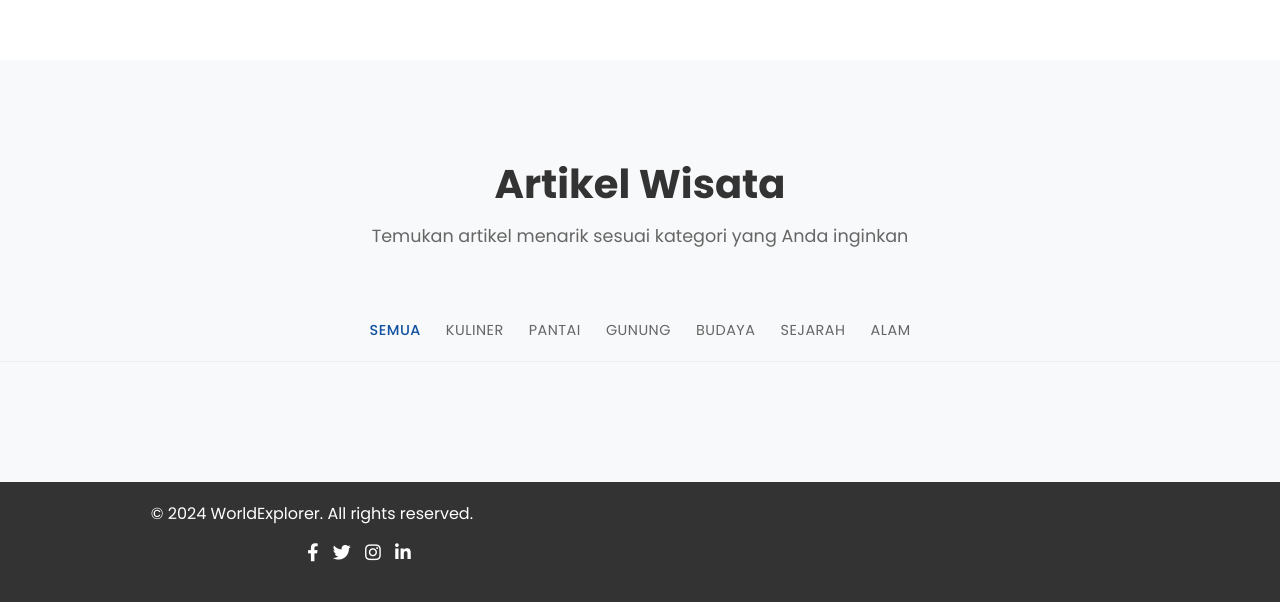
Repository: jalssonn/UAS_FRONTEND_NEW
Page: frontend/index.html
The author's editor kept a copy of each file at every save. The page is drawn from the files as they stood at one save, then again after the next save.
The browser window is 1280 px wide. The pictures show the part of the page from y = 3750 to 4352 px (the page is 4352 px tall).
A picture or video elsewhere on the page could not be fetched, so the positions and the page height are approximate. The page's requests for data from a server got no answer.

Above is the page before, as saved 2024-12-06 04:00:11.

### frontend/index.html
<!DOCTYPE html>
<html ng-app="articleApp">
<head>
    <title>WorldExplorer</title>
    <!-- Fonts -->
    <link href="https://fonts.googleapis.com/css2?family=Poppins:wght@400;500;600;700&display=swap" rel="stylesheet">

    <!-- Dependencies -->
    <script src="https://ajax.googleapis.com/ajax/libs/angularjs/1.8.2/angular.min.js"></script>
    <link href="https://cdn.jsdelivr.net/npm/bootstrap@5.1.3/dist/css/bootstrap.min.css" rel="stylesheet">
    <link rel="stylesheet" href="https://cdnjs.cloudflare.com/ajax/libs/font-awesome/5.15.4/css/all.min.css">

    <!-- Custom CSS -->
    <link rel="stylesheet" href="styles/main.css">
</head>
<body>
    <div ng-controller="ArticleController">
        <!-- Navbar -->
        <nav class="navbar navbar-expand-lg">
            <div class="container">
                <a class="navbar-brand" href="#">
                    <i class="fas fa-globe-asia me-2"></i>WorldExplorer
                </a>
                <div class="d-flex align-items-center">
                    <div ng-if="isLoggedIn()">
                        <a href="profile.html" class="btn btn-light me-2">
                            <i class="fas fa-user"></i> {{user.username}}
                        </a>
                        <a href="/admin/dashboard.html" class="btn btn-primary me-2" ng-if="user.role === 'admin'">
                            Admin Dashboard
                        </a>
                        <button class="btn btn-outline-light" ng-click="logout()">Logout</button>
                    </div>
                    <div ng-if="!isLoggedIn()">
                        <a href="login.html" class="btn btn-outline-light me-2">Login</a>
                        <a href="register.html" class="btn btn-light">Register</a>
                    </div>
                </div>
            </div>
        </nav>

        <!-- Hero Section with Carousel Background -->
        <div class="hero-section">
            <div class="carousel-background"
                 ng-repeat="image in backgroundImages"
                 ng-style="{'background-image': 'url(' + image + ')'}"
                 ng-class="{'active': $index === currentBackgroundIndex, 'prev': $index === prevBackgroundIndex}">
                <div class="overlay"></div>
            </div>

            <div class="hero-content">
                <h1>WorldExplorer</h1>
                <p>Temukan destinasi wisata impian Anda dari berbagai penjuru dunia</p>

                <!-- Search Box -->
                <div class="search-container">
                    <form ng-submit="searchArticles()" class="search-form">
                        <div class="search-wrapper">
                            <input type="text"
                                   ng-model="searchQuery"
                                   placeholder="Cari destinasi wisata impian Anda..."
                                   class="search-input"
                                   required>
                            <button type="submit" class="search-button">
                                <i class="fas fa-search"></i>
                            </button>
                        </div>
                    </form>
                </div>
            </div>
        </div>

        <!-- Why WorldExplorer Section -->
        <div class="why-aviatour-section">
            <h2 class="section-title">Why WorldExplorer</h2>

            <div class="features-container">
                <div class="feature-item">
                    <div class="feature-content">
                        <h3>Penyedia Perjalanan Terbaik</h3>
                        <p>Kami berkomitmen menjadikan setiap liburan Anda penuh cerita berharga...</p>
                    </div>
                    <div class="feature-image">
                        <img src="images/feature-1.jpg" alt="Penyedia Perjalanan Terbaik">
                    </div>
                </div>

                <div class="feature-item reverse">
                    <div class="feature-content">
                        <h3>Layanan Agen Berpengalaman</h3>
                        <p>Dengan jam terbang yang tinggi, tim kami siap memberikan solusi terbaik...</p>
                    </div>
                    <div class="feature-image">
                        <img src="images/feature-2.jpg" alt="Layanan Agen Berpengalaman">
                    </div>
                </div>

                <div class="feature-item">
                    <div class="feature-content">
                        <h3>Pelayanan Premium dan Personal</h3>
                        <p>Rasakan perbedaan dengan pelayanan terbaik dan personal yang kami tawarkan...</p>
                    </div>
                    <div class="feature-image">
                        <img src="images/feature-3.jpg" alt="Pelayanan Premium">
                    </div>
                </div>

                <div class="feature-item reverse">
                    <div class="feature-content">
                        <h3>Nikmati Liburan Tanpa Beban</h3>
                        <p>Rasakan kebebasan sejati saat berlibur! Dengan pelayanan menyeluruh di setiap aspek...</p>
                    </div>
                    <div class="feature-image">
                        <img src="images/feature-4.jpg" alt="Liburan Tanpa Beban">
                    </div>
                </div>
            </div>
        </div>

        <!-- Loading State -->
        <div ng-if="loading" class="loading-spinner">
            <i class="fas fa-spinner fa-spin fa-2x"></i>
            <p>Memuat artikel...</p>
        </div>

        <!-- Error Message -->
        <div ng-if="error" class="alert alert-danger">
            <i class="fas fa-exclamation-circle me-2"></i>{{error}}
        </div>

        <!-- Travel Tips Section -->
        <div class="travel-tips-section">
            <div class="section-header">
                <h2>Travel Tips</h2>
                <p>Kiat-kiat perjalanan untuk pengalaman wisata yang lebih baik</p>
            </div>

            <button class="travel-nav-btn prev" ng-click="prevTip()">
                <i class="fas fa-chevron-left"></i>
            </button>
            <button class="travel-nav-btn next" ng-click="nextTip()">
                <i class="fas fa-chevron-right"></i>
            </button>

            <div class="travel-tips-container">
                <div class="tip-card" ng-repeat="tip in travelTips">
                    <img ng-src="{{tip.image}}" alt="{{tip.title}}">
                    <div class="tip-content">
                        <h3 class="tip-title">{{tip.title}}</h3>
                        <a href="{{tip.link}}" class="tip-link">
                            SEE MORE <i class="fas fa-arrow-right"></i>
                        </a>
                    </div>
                </div>
            </div>
        </div>

        <!-- Filter Section -->
        <div class="filter-title-section">
            <h2>Artikel Wisata</h2>
            <p>Temukan artikel menarik sesuai kategori yang Anda inginkan</p>
        </div>

        <div class="filter-section">
            <div class="category-list">
                <button class="category-btn"
                        ng-class="{'active': filter.category === ''}"
                        ng-click="filterByCategory('')">
                    Semua
                </button>
                <button class="category-btn"
                        ng-repeat="category in categories"
                        ng-class="{'active': filter.category === category}"
                        ng-click="filterByCategory(category)">
                    {{category}}
                </button>
            </div>
        </div>

        <!-- Articles List -->
        <div class="article-container">
            <div class="article-card" ng-repeat="article in articles">
                <img ng-src="{{article.image}}" alt="{{article.title}}" class="article-image">
                <div class="article-content">
                    <h3 class="article-title">{{article.title}}</h3>
                    <p class="article-description">{{article.content | truncate:100}}</p>
                    <div class="article-meta">
                        <span class="category">
                            <i class="fas fa-tag"></i> {{article.category}}
                        </span>
                        <span class="country">
                            <i class="fas fa-globe"></i> {{article.country}}
                        </span>
                    </div>
                    <button class="read-more-btn" ng-click="readMore(article)">
                        Baca Selengkapnya
                    </button>
                </div>
            </div>
        </div>

        <!-- View More Articles -->
        <div class="view-more-container" ng-if="articles.length > 0">
            <button class="view-more-btn" ng-click="viewAllArticles()">
                View More Articles <i class="fas fa-arrow-right"></i>
            </button>
        </div>

        <!-- Footer Section -->
        <footer class="footer">
            <div class="container">
                <div class="row justify-content-center">
                    <div class="col-auto text-center">
                        <p>&copy; 2024 WorldExplorer. All rights reserved.</p>
                    </div>
                    <div class="col-md-6 text-md-end">
                        <ul class="social-links">
                            <li><a href="#" class="fab fa-facebook-f"></a></li>
                            <li><a href="#" class="fab fa-twitter"></a></li>
                            <li><a href="#" class="fab fa-instagram"></a></li>
                            <li><a href="#" class="fab fa-linkedin-in"></a></li>
                        </ul>
                    </div>
                </div>
            </div>
        </footer>

    </div>

    <script src="script.js"></script>
</body>
</html>

### frontend/styles/main.css
/* Layout & General Styles */
body {
    background-color: #f8f9fa;
    font-family: 'Poppins', sans-serif;
}

.content-wrapper {
    padding: 40px 0;
    background-color: #ffffff;
    min-height: 100vh;
}

.section-title {
    color: #1e3c72;
    font-weight: 700;
    margin-bottom: 2rem;
    text-align: center;
    position: relative;
    padding-bottom: 15px;
}

.section-title:after {
    content: '';
    position: absolute;
    bottom: 0;
    left: 50%;
    transform: translateX(-50%);
    width: 50px;
    height: 3px;
    background: #1e3c72;
}

/* Navbar Styling */
.navbar {
    background: linear-gradient(to right, #1e3c72, #2a5298) !important;
    box-shadow: 0 4px 6px rgba(0,0,0,0.1);
    padding: 1rem 0;
}

.navbar-brand {
    font-size: 1.5rem;
    font-weight: 700;
    color: white !important;
}

.navbar .btn {
    border-radius: 20px;
    padding: 8px 20px;
    transition: all 0.3s ease;
}

.navbar .btn-outline-primary {
    border-color: white;
    color: white !important;
}

.navbar .btn-outline-primary:hover {
    background-color: white;
    color: #1e3c72 !important;
}

/* Card Styling */
.card {
    border: none;
    border-radius: 15px;
    transition: all 0.3s ease;
    box-shadow: 0 4px 6px rgba(0,0,0,0.1);
    overflow: hidden;
}

.card:hover {
    transform: translateY(-5px);
    box-shadow: 0 8px 15px rgba(0,0,0,0.2);
}

.card-img-top {
    height: 200px;
    object-fit: cover;
    transition: transform 0.3s ease;
}

.card:hover .card-img-top {
    transform: scale(1.05);
}

.card-body {
    padding: 1.5rem;
}

.card-title {
    color: #1e3c72;
    font-weight: 600;
    margin-bottom: 1rem;
}

/* Category Badge */
.category-badge {
    background: linear-gradient(to right, #1e3c72, #2a5298);
    color: white;
    padding: 6px 15px;
    border-radius: 20px;
    font-size: 0.85em;
    font-weight: 500;
    display: inline-block;
    margin-bottom: 12px;
    box-shadow: 0 2px 4px rgba(30,60,114,0.2);
}

/* Filter Section */
.filter-card {
    background: white;
    border-radius: 15px;
    padding: 20px;
    margin-bottom: 30px;
    margin-top: 100px;
    box-shadow: 0 4px 6px rgba(0,0,0,0.05);
}

.form-select {
    border-radius: 10px;
    padding: 10px;
    border-color: #e0e0e0;
}

.form-select:focus {
    border-color: #1e3c72;
    box-shadow: 0 0 0 0.2rem rgba(30,60,114,0.25);
}



/* Loading State */
.loading-spinner {
    text-align: center;
    padding: 40px;
    color: #1e3c72;
}

/* Error Message */
.alert-danger {
    border-radius: 10px;
    border: none;
    background-color: #fff5f5;
    color: #dc3545;
    padding: 15px 20px;
}

/* Responsive Adjustments */
@media (max-width: 768px) {
    .card-img-top {
        height: 180px;
    }

    .content-wrapper {
        padding: 20px 0;
    }

    .section-title {
        font-size: 1.5rem;
    }
}

/* Container untuk grid artikel */
.article-container {
    display: grid;
    grid-template-columns: repeat(3, 1fr); /* 3 kolom dengan lebar yang sama */
    gap: 20px;
    padding: 60px;
}

/* Style untuk setiap card artikel */
.article-card {
    background: white;
    border-radius: 15px;
    overflow: hidden;
    box-shadow: 0 4px 15px rgba(0, 0, 0, 0.1);
    transition: transform 0.3s ease;
    margin-bottom: 20px;
}

.article-card:hover {
    transform: translateY(-5px);
}

.article-image {
    width: 100%;
    height: 200px;
    object-fit: cover;
}

.article-content {
    padding: 20px;
}

.article-title {
    font-size: 1.2rem;
    font-weight: 600;
    margin-bottom: 10px;
    color: #333;
}

.article-description {
    font-size: 0.9rem;
    color: #666;
    line-height: 1.5;
    margin-bottom: 15px;
}

.article-meta {
    display: flex;
    gap: 15px;
    margin-bottom: 15px;
    font-size: 0.85rem;
    color: #666;
}

.article-meta span {
    display: flex;
    align-items: center;
    gap: 5px;
}

.article-meta i {
    color: #2196F3;
}

.read-more-btn {
    background: linear-gradient(45deg, #2196F3, #00BCD4);
    color: white;
    border: none;
    padding: 8px 15px;
    border-radius: 20px;
    font-size: 0.9rem;
    cursor: pointer;
    transition: all 0.3s ease;
}

.read-more-btn:hover {
    background: linear-gradient(45deg, #1976D2, #0097A7);
    transform: translateY(-2px);
}

/* Responsive design */
@media (max-width: 768px) {
    .article-image {
        height: 150px;
    }

    .article-content {
        padding: 15px;
    }

    .article-title {
        font-size: 1.1rem;
    }
}

/* Hero Section dengan Slide Carousel */
.hero-section {
    position: relative;
    min-height: 100vh;
    display: flex;
    align-items: center;
    justify-content: center;
    overflow: hidden;
}

.carousel-background {
    position: absolute;
    top: 0;
    left: 0;
    width: 100%;
    height: 100%;
    background-size: cover;
    background-position: center;
    opacity: 0;
    transition: all 1s ease;
    transform: translateX(100%);
}

.carousel-background.active {
    opacity: 1;
    transform: translateX(0);
}

.carousel-background.prev {
    opacity: 1;
    transform: translateX(-100%);
}

.overlay {
    position: absolute;
    top: 0;
    left: 0;
    width: 100%;
    height: 100%;
    background: rgba(44, 44, 84, 0.7);
}

.hero-content {
    position: relative;
    z-index: 2;
    text-align: center;
    max-width: 800px;
    padding: 0 20px;
    color: white;
}
.hero-content h1 {
    font-size: 3rem;
    font-weight: 700; /* Ubah font-weight menjadi lebih tebal */
    color: white;
    margin-bottom: 20px;
}

.hero-content p {
    font-size: 1.2rem;
    font-weight: 500; /* Sesuaikan font-weight untuk paragraf */
    color: white;
}

/* Tambahkan indikator dots */
.carousel-dots {
    position: absolute;
    bottom: 20px;
    left: 50%;
    transform: translateX(-50%);
    display: flex;
    gap: 10px;
    z-index: 3;
}

.dot {
    width: 10px;
    height: 10px;
    border-radius: 50%;
    background: rgba(255, 255, 255, 0.5);
    cursor: pointer;
    transition: all 0.3s ease;
}

.dot.active {
    background: white;
    transform: scale(1.2);
}

/* Search Box Styling */
.search-container {
    width: 100%;
    max-width: 600px;
    margin: 2rem auto;
    padding: 0 20px;
}

/* Wrapper untuk efek hover */
.search-wrapper {
    position: relative;
    display: flex;
    align-items: center;
    background: rgba(255, 255, 255, 0.95);
    border-radius: 50px;
    padding: 5px;
    box-shadow: 0 4px 15px rgba(0, 0, 0, 0.2);
    transition: all 0.3s ease;
}

.search-wrapper:hover {
    transform: translateY(-2px);
    box-shadow: 0 8px 25px rgba(0, 0, 0, 0.3);
}

/* Input pencarian */
.search-input {
    width: 100%;
    padding: 15px 25px;
    font-size: 1.1rem;
    border: none;
    background: transparent;
    color: #333;
    outline: none;
    transition: all 0.3s ease;
}

.search-input::placeholder {
    color: #888;
    transition: all 0.3s ease;
}

.search-input:focus::placeholder {
    opacity: 0.5;
}

/* Tombol submit */
.search-button {
    background: linear-gradient(45deg, #2196F3, #00BCD4);
    border: none;
    width: 50px;
    height: 50px;
    border-radius: 50%;
    display: flex;
    align-items: center;
    justify-content: center;
    cursor: pointer;
    transition: all 0.3s ease;
    margin-right: 5px;
}

.search-button:hover {
    transform: rotate(360deg);
    background: linear-gradient(45deg, #1976D2, #0097A7);
}

.search-button i {
    color: white;
    font-size: 1.2rem;
}

/* Animasi loading saat pencarian */
.search-wrapper.loading .search-button {
    animation: pulse 1.5s infinite;
}

@keyframes pulse {
    0% {
        transform: scale(1);
    }
    50% {
        transform: scale(1.1);
    }
    100% {
        transform: scale(1);
    }
}

/* Responsive design */
@media (max-width: 768px) {
    .search-container {
        max-width: 100%;
        padding: 0 15px;
    }

    .search-input {
        font-size: 1rem;
        padding: 12px 20px;
    }

    .search-button {
        width: 45px;
        height: 45px;
    }
}

/* Efek focus */
.search-wrapper:focus-within {
    box-shadow: 0 0 0 3px rgba(33, 150, 243, 0.3);
}

/* Animasi ketika form muncul */
.search-container {
    animation: slideDown 0.5s ease-out;
}

@keyframes slideDown {
    from {
        opacity: 0;
        transform: translateY(-20px);
    }
    to {
        opacity: 1;
        transform: translateY(0);
    }
}

/* Reset default margin/padding */
body, html {
    margin: 0;
    padding: 0;
    height: 100%;
}

/* Responsive Design */
@media (max-width: 768px) {
    .hero-content h1 {
        font-size: 2.5rem;
    }

    .hero-content p {
        font-size: 1rem;
    }

    .search-input {
        padding: 15px 50px;
        font-size: 1rem;
    }
}

/* Filter Section Styling */
.filter-section {
    padding: 15px 0;
    border-bottom: 1px solid #eee;
    text-align: center;
    margin-top: 50px;
}

.category-list {
    max-width: 1200px;
    margin: 0 auto;
    padding: 0 20px;
    display: flex;
    gap: 25px;
    align-items: center;
    justify-content: center;
}

.category-btn {
    background: none;
    border: none;
    padding: 5px 0;
    color: #666;
    font-size: 0.9rem;
    cursor: pointer;
    transition: color 0.3s ease;
    text-transform: uppercase;
    letter-spacing: 0.5px;
}

.category-btn:hover {
    color: #13529f;
}

.category-btn.active {
    color: #13529f;;
    font-weight: 500;
}

/* Styling untuk judul */
.filter-title-section {
    text-align: center;
    margin-bottom: 30px;
    margin-top: 100px;
}

.filter-title-section h2 {
    font-size: 2.5rem;  /* Ukuran font diperbesar */
    color: #333;
    margin-bottom: 15px;
    font-weight: 700;   /* Font weight ditambah */
}

.filter-title-section p {
    color: #666;
    font-size: 1.1rem;  /* Ukuran font deskripsi diperbesar sedikit */
    font-weight: 400;   /* Font weight normal untuk deskripsi */
}

/* View More Button Styling */
.view-more-container {
    text-align: center;
    margin: 40px 0;
    padding: 20px;
}

.view-more-btn {
    background: linear-gradient(45deg, #2196F3, #00BCD4);
    color: white;
    border: none;
    padding: 12px 30px;
    border-radius: 25px;
    font-size: 1rem;
    cursor: pointer;
    transition: all 0.3s ease;
    box-shadow: 0 4px 15px rgba(0, 0, 0, 0.1);
    display: inline-flex;
    align-items: center;
    gap: 10px;
}

.view-more-btn:hover {
    background: linear-gradient(45deg, #1976D2, #0097A7);
    transform: translateY(-2px);
    box-shadow: 0 6px 20px rgba(0, 0, 0, 0.15);
}

.view-more-btn i {
    transition: transform 0.3s ease;
}

.view-more-btn:hover i {
    transform: translateX(5px);
}

/* Pagination */
.pagination {
    justify-content: center;
}

.pagination .page-link {
    color: #1e3c72;
    border: none;
    padding: 10px 15px;
    margin: 0 5px;
    border-radius: 5px;
    transition: all 0.3s ease;
}

.pagination .page-link:hover {
    background-color: #e9ecef;
}

.pagination .active .page-link {
    background-color: #1e3c72;
    color: white;
}

/* Back Button in Navbar */
.back-button {
    background: none;
    color: white;
    border: none;
    padding: 8px 16px;
    border-radius: 8px;
    font-size: 16px;
    cursor: pointer;
    transition: all 0.3s ease;
    display: inline-flex;
    align-items: center;
    gap: 8px;
    margin-right: auto; /* Agar tombol berada di sebelah kiri */
}

.back-button:hover {
    background: rgba(255, 255, 255, 0.1);
}

/* Travel Tips Section */
.travel-tips-section {
    position: relative;
    padding: 80px 60px;
    background-color: #ffffff;
    overflow: hidden;
}

.section-header {
    text-align: center;
    margin-bottom: 50px;
}

.section-header h2 {
    font-size: 2.5rem;
    color: #1e3c72;
    margin-bottom: 15px;
    font-weight: 700;
}

.section-header p {
    color: #666;
    font-size: 1.1rem;
}

.travel-tips-container {
    position: relative;
    overflow: hidden;
    display: flex;
    gap: 20px;
    max-width: 1200px;
    margin: 0 auto;
    overflow-x: auto;
    padding: 20px 0;
    scrollbar-width: none; /* Firefox */
    -ms-overflow-style: none; /* IE and Edge */
}

.travel-tips-container::-webkit-scrollbar {
    display: none; /* Chrome, Safari and Opera */
}

.tip-card {
    min-width: 300px;
    height: 400px;
    position: relative;
    border-radius: 15px;
    overflow: hidden;
    flex-shrink: 0;
}

.tip-card img {
    width: 100%;
    height: 100%;
    object-fit: cover;
    transition: transform 0.3s ease;
}

.tip-card:hover img {
    transform: scale(1.05);
}

.tip-content {
    position: absolute;
    bottom: 0;
    left: 0;
    right: 0;
    padding: 20px;
    background: linear-gradient(to top, rgba(0,0,0,0.8), transparent);
    color: white;
}

.tip-title {
    font-size: 1.5rem;
    font-weight: 700;
    margin-bottom: 10px;
    text-transform: uppercase;
}

.tip-link {
    color: white;
    text-decoration: none;
    font-weight: 500;
    display: inline-flex;
    align-items: center;
    gap: 5px;
    transition: all 0.3s ease;
}

.tip-link:hover {
    gap: 10px;
}

@media (max-width: 768px) {
    .travel-tips-section {
        padding: 40px 20px;
    }

    .section-header h2 {
        font-size: 2rem;
    }

    .tip-card {
        min-width: 250px;
        height: 350px;
    }
}

/* Tambahkan style untuk tombol navigasi */
.travel-nav-btn {
    position: absolute;
    top: 50%;
    transform: translateY(-50%);
    width: 40px;
    height: 40px;
    border-radius: 50%;
    background: rgba(255, 255, 255, 0.9);
    border: none;
    cursor: pointer;
    display: flex;
    align-items: center;
    justify-content: center;
    box-shadow: 0 2px 10px rgba(0,0,0,0.1);
    z-index: 10;
    transition: all 0.3s ease;
}

.travel-nav-btn:hover {
    background: white;
    box-shadow: 0 4px 15px rgba(0,0,0,0.2);
    transform: translateY(-50%) scale(1.1);
}

.travel-nav-btn.prev {
    left: 20px;
}

.travel-nav-btn.next {
    right: 20px;
}

.travel-nav-btn i {
    color: #1e3c72;
    font-size: 1.2rem;
}

@media (max-width: 768px) {
    .travel-nav-btn {
        width: 35px;
        height: 35px;
    }

    .travel-nav-btn.prev {
        left: 10px;
    }

    .travel-nav-btn.next {
        right: 10px;
    }
}

/* Why AVIATOUR Section */
.why-aviatour-section {
    padding: 80px 0;
    background: #fff;
}

.section-title {
    text-align: center;
    font-size: 2.5rem;
    font-weight: 700;
    color: #333;
    margin-bottom: 60px;
}

.features-container {
    max-width: 1200px;
    margin: 0 auto;
    padding: 0 20px;
}

.feature-item {
    display: flex;
    align-items: center;
    margin-bottom: 80px;
    gap: 50px;
}

.feature-item.reverse {
    flex-direction: row-reverse;
}

.feature-content {
    flex: 1;
}

.feature-content h3 {
    font-size: 1.8rem;
    font-weight: 600;
    color: #333;
    margin-bottom: 20px;
}

.feature-content p {
    font-size: 1.1rem;
    line-height: 1.6;
    color: #666;
}

.feature-image {
    flex: 1;
    border-radius: 10px;
    overflow: hidden;
    box-shadow: 0 10px 30px rgba(0,0,0,0.1);
}

.feature-image img {
    width: 100%;
    height: 400px;
    object-fit: cover;
    transition: transform 0.3s ease;
}

.feature-image img:hover {
    transform: scale(1.05);
}

/* Responsive Design */
@media (max-width: 768px) {
    .feature-item,
    .feature-item.reverse {
        flex-direction: column;
        gap: 30px;
    }

    .feature-content {
        text-align: center;
    }

    .feature-image img {
        height: 300px;
    }
}
.footer {
    background-color: #333;
    color: #fff;
    padding: 20px 0;
}

.footer .container {
    display: flex;
    justify-content: space-between;
    align-items: center;
}

.footer .social-links {
    list-style: none;
    padding: 0;
}

.footer .social-links li {
    display: inline-block;
    margin-right: 10px;
}

.footer .social-links a {
    color: #fff;
    font-size: 18px;
    text-decoration: none;
}

.footer .social-links a:hover {
    color: #007bff;
}

Loaded but not shown: frontend/script.js (216 lines, source omitted)

After the next save:
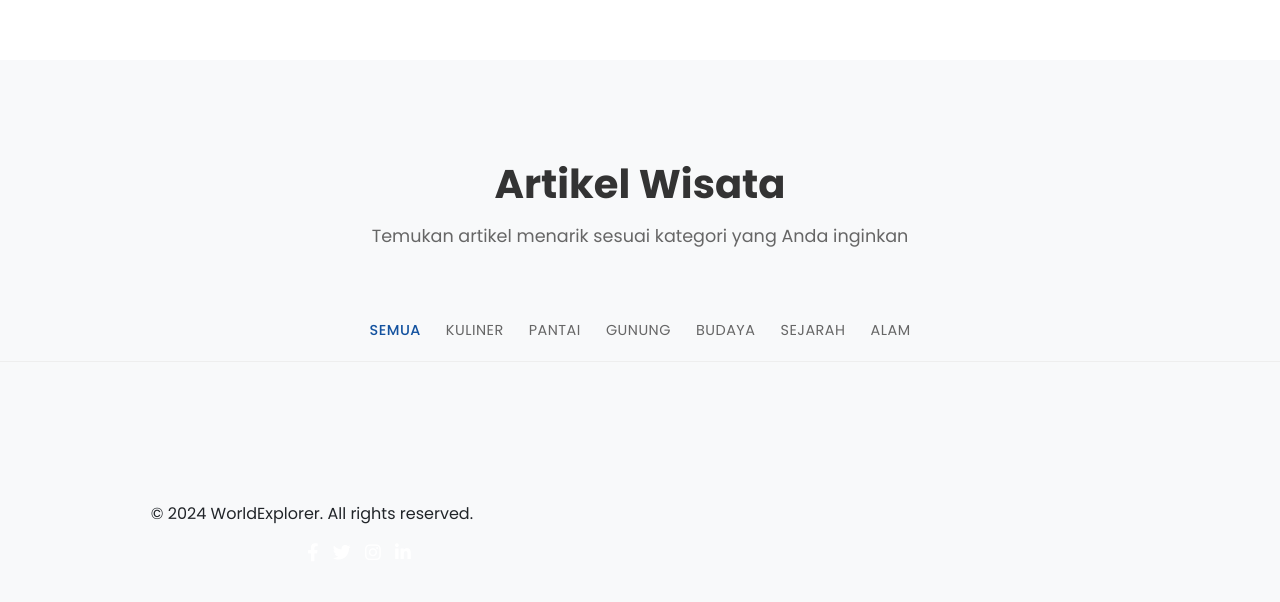
Saved 24 s later.
--- a/frontend/styles/main.css
+++ b/frontend/styles/main.css
@@ -875,9 +875,12 @@ body, html {
     }
 }
 .footer {
-    background-color: #333;
-    color: #fff;
+    position: relative;
+    bottom: 0;
+    width: 100%;
     padding: 20px 0;
+    background-color: #f8f9fa;
+    text-align: center;
 }
 
 .footer .container {
